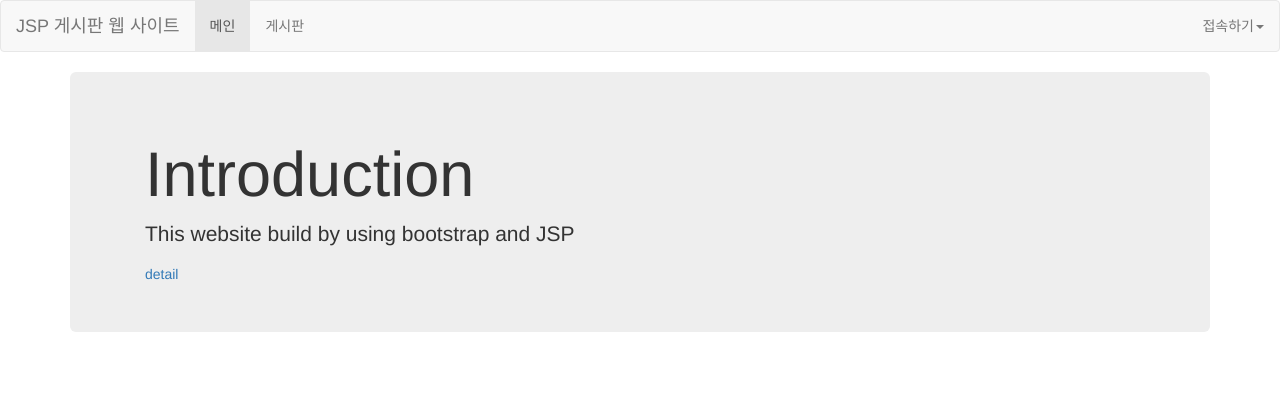
Repository: jk4g2/JSP_BBS
Page: http://localhost/BBS/main.jsp
The author's editor kept a copy of each file at every save. The page is drawn from the files as they stood at one save, then again after the next save.
The browser window is 1280 px wide. The pictures show the whole page.
Some web libraries are served in a nearby version. The page is served by Tomcat 9. Other server files are loaded and not shown.

Above is the page before, as saved 2020-03-16 16:42:36.

### BBS/WebContent/main.jsp
<%@ page language="java" contentType="text/html; charset=UTF-8"
    pageEncoding="UTF-8"%>
<%@ page import="java.io.PrintWriter" %>
<!DOCTYPE html>
<html>
<head>
	<meta http-equiv="Content-Type" content="text/html; charset=UTF-8">
	<meta name ="viewport" content="width=device-width", initial-scale="1">
	<link rel="stylesheet" href="css/bootstrap.css">
	<script src="https://ajax.googleapis.com/ajax/libs/jquery/3.2.1/jquery.min.js"></script>
	<title>JSP 게시판 웹사이트</title>
</head>
<body>
	<%
		String userID = null;
		if (session.getAttribute("userID") != null){
			userID = (String) session.getAttribute("userID");
		}
	%>
	<nav class="navbar navbar-default">
		<div class="navbar-header">
			<button type="button" class="navbar-toggle collapsed"
			data-toggle="collapse" data-target="#bs-example-navbar-collapse-1"
			aria-expanded="false">
				<span class="icon-bar"></span>
				<span class="icon-bar"></span>
				<span class="icon-bar"></span>
			</button>
			<a class="navbar-brand" href="main.jsp">JSP 게시판 웹 사이트</a>
		</div>
		<div class="colapse navbar-collapse" id="bs-example-navbar-collapse-1">
			<ul class="nav navbar-nav">
				<li class ="active"><a href="main.jsp">메인</a></li>
				<li><a href="bbs.jsp">게시판</a></li>
			</ul>
			<%
				if(userID == null){
			%>
			<ul class="nav navbar-nav navbar-right">
				<li class="dropdown">
					<a href="#" class="dropdown-toggle"
						data-toggle="dropdown" role="button" aria-haspopup="true"
						aria-expanded="false">접속하기<span class="caret"></span></a>
					<ul class="dropdown-menu">
						<li><a href="login.jsp">로그인</a></li>
						<li><a href="join.jsp">회원가입</a></li>
					</ul>
				</li>
			</ul>
			<%
				}else{
			%>
			<ul class="nav navbar-nav navbar-right">
				<li class="dropdown">
					<a href="#" class="dropdown-toggle"
						data-toggle="dropdown" role="button" aria-haspopup="true"
						aria-expanded="false">회원관리<span class="caret"></span></a>
					<ul class="dropdown-menu">
						<li><a href="logoutAction.jsp">로그아웃</a></li>
					</ul>
				</li>
			</ul>
			<%
				}
			%>

		</div>
	</nav>
	<div class="container">
		<div class="jumbotron">
			<div class="container">
				<h1>Introduction</h1>
				<p>This website build by using bootstrap and JSP</p>
				<a href="btn btn-primary btn-pull" href="#" role="button">detail</a>
			</div>
		</div>
	</div>
	<script src="js/bootstrap.js"></script>
	<script src="https://code.jquery.com/jquery-3.1.1.min.js"></script>
</body>
</html>

Loaded but not shown: BBS/WebContent/css/bootstrap.css (library); BBS/WebContent/js/bootstrap.js (library)

After the next save:
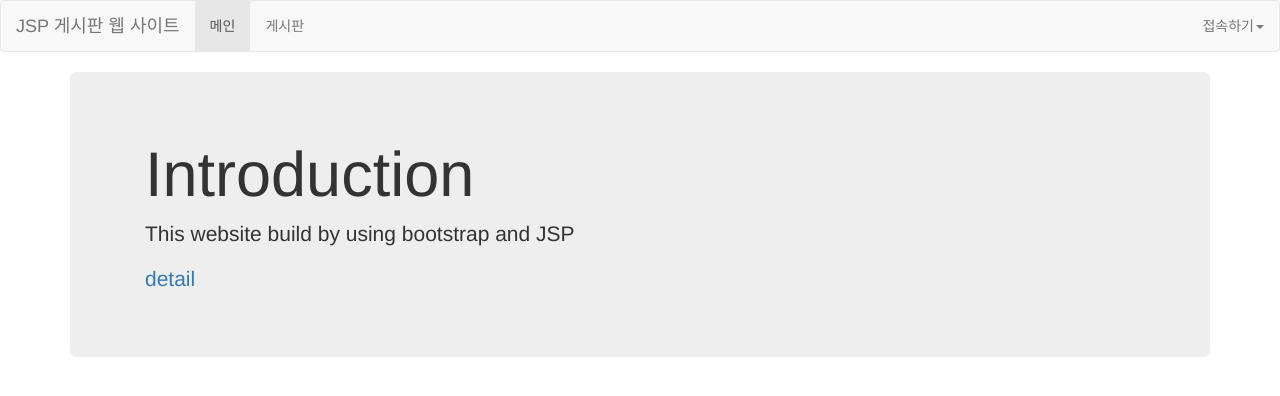
Saved 10 s later.
--- a/BBS/WebContent/main.jsp
+++ b/BBS/WebContent/main.jsp
@@ -71,7 +71,7 @@
 			<div class="container">
 				<h1>Introduction</h1>
 				<p>This website build by using bootstrap and JSP</p>
-				<a href="btn btn-primary btn-pull" href="#" role="button">detail</a>
+				<p><a href="btn btn-primary btn-pull" href="#" role="button">detail</a></p>
 			</div>
 		</div>
 	</div>
